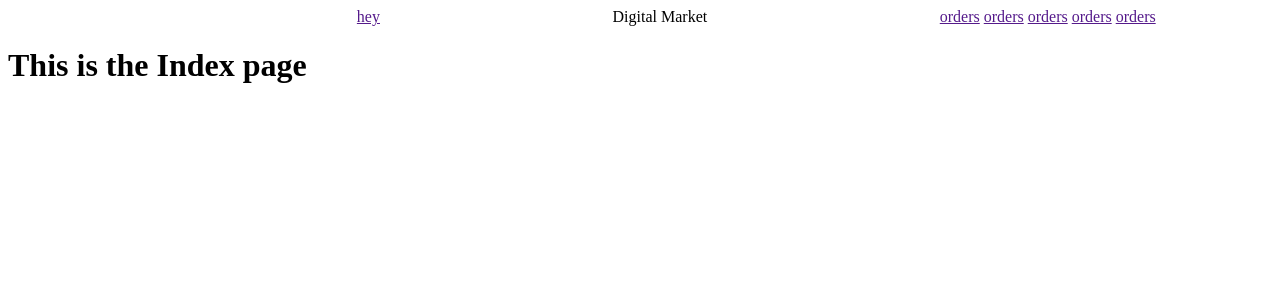
Repository: Zedestar/DigitalMarket_django
Page: http://localhost/
An editor plug-in stored every save of this project. The page is shown before and after the next save, followed by the edit.
The browser window is 1280 px wide. The pictures show the whole page.
The page is served by the project's application, run on Django 5.2 (manage.py). Style sheets and scripts are compiled from the project's sources, by tool versions that may differ from the author's.

Above is the page before, as saved 2025-03-19 16:27:31.

After the next save:
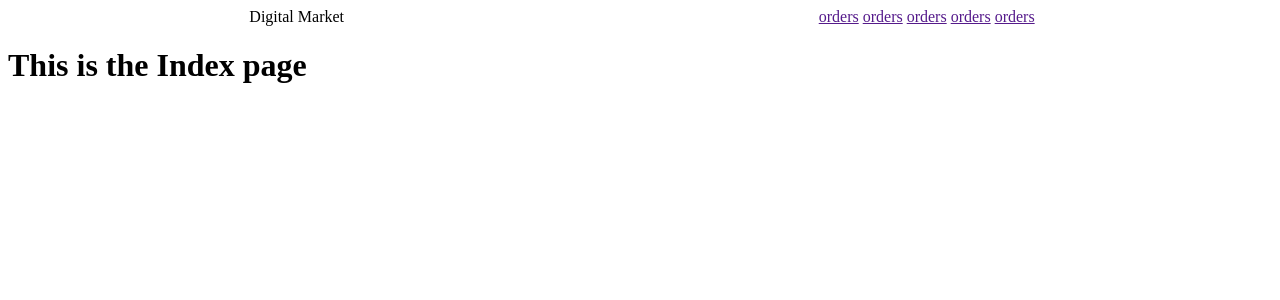
Saved 39 s later.
--- a/templates/base.html
+++ b/templates/base.html
@@ -9,10 +9,10 @@
     </head>
     <body class="bg-gray-400">
         <div class="flex justify-around shadow-lg py-3">
-            <a href="">
-                <a href="" alt="Image didn't load">hey</a>
+            <div>
+                <img src="" alt="">
                 <span>Digital Market</span>
-            </a>
+            </div>
             <div>
                 <a href="">orders</a>
                 <a href="">orders</a>
